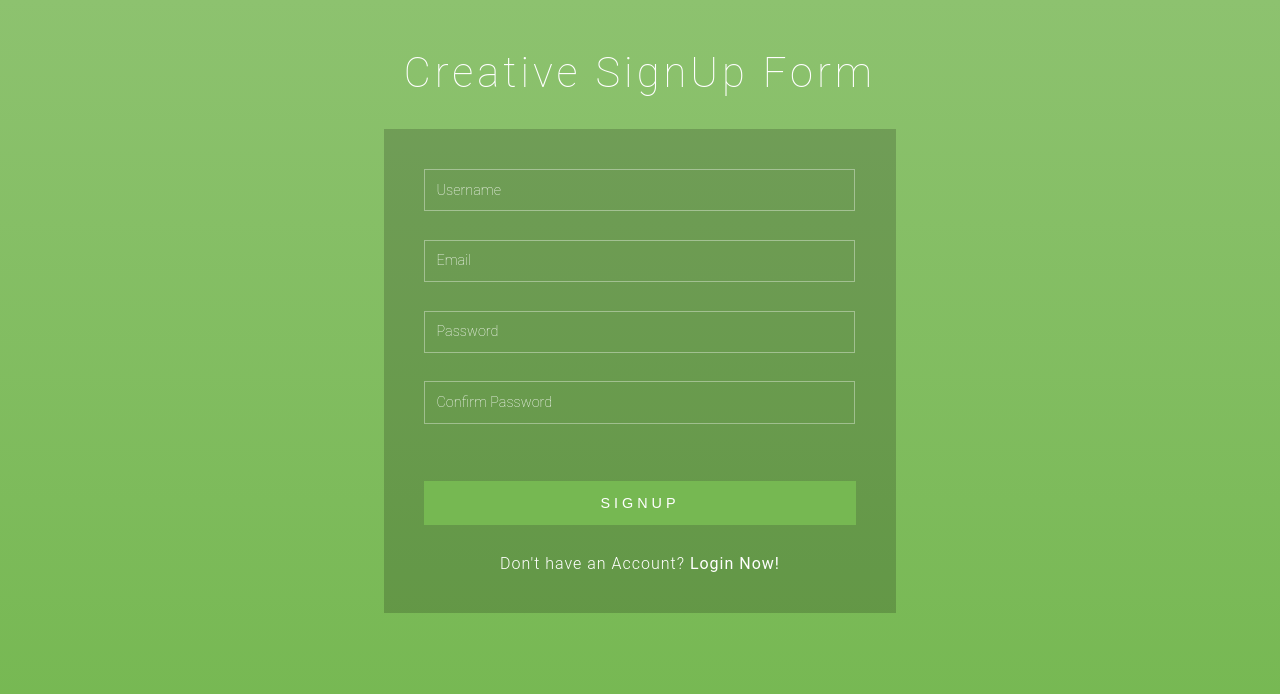
Repository: hosi04/BaiTapWeb
Page: http://localhost/BaiTapWeb_Login/views/register.jsp
The author's editor kept a copy of each file at every save. The page is drawn from the files as they stood at one save, then again after the next save.
The browser window is 1280 px wide. The pictures show the whole page.
The page is served by Tomcat 9. Other server files are loaded and not shown.

Above is the page before, as saved 2024-09-07 14:50:47.

### BaiTapWeb_Login/src/main/webapp/views/register.jsp
<%@ page language="java" contentType="text/html; charset=UTF-8"
    pageEncoding="UTF-8"%>
<!DOCTYPE html>
<html>
<head>
<meta charset="UTF-8">
<title>Insert title here</title>

<%
String url = request.getScheme() + "://" + request.getServerName() + ":" + request.getServerPort()
			+ request.getContextPath();
%>

<link href="<%=url %>/css/style.css" rel="stylesheet" type="text/css" media="all"/>
<link rel="stylesheet" href="<%=url %>fonts/material-design-iconic-font/css/material-design-iconic-font.min.css">


</head>
<body>
		<!-- main -->
	<div class="main-w3layouts wrapper">
		<h1>Creative SignUp Form</h1>
		<div class="main-agileinfo">
			<div class="agileits-top">
				<form action="#" method="post">
					<input class="text" type="text" name="Username" placeholder="Username" required="">
					<input class="text email" type="email" name="email" placeholder="Email" required="">
					<input class="text" type="password" name="password" placeholder="Password" required="">
					<input class="text w3lpass" type="password" name="password" placeholder="Confirm Password" required="">
					<input type="submit" value="SIGNUP">
				</form>
				<p>Don't have an Account? <a href="#"> Login Now!</a></p>
			</div>
		</div>
	</div>
	<!-- //main -->
</body>
</html>

### BaiTapWeb_Login/src/main/webapp/css/style.css
/*--
Author: Colorlib
Author URL: https://colorlib.com
License: Creative Commons Attribution 3.0 Unported
License URL: http://creativecommons.org/licenses/by/3.0/
--*/
/*-- reset --*/
html, body, div, span, applet, object, iframe, h1, h2, h3, h4, h5, h6, p, blockquote, pre, a, abbr, acronym, address, big, cite, code, del, dfn, em, img, ins, kbd, q, s, samp, small, strike, strong, sub, sup, tt, var, b, u, i, dl, dt, dd, ol, nav ul, nav li, fieldset, form, label, legend, table, caption, tbody, tfoot, thead, tr, th, td, article, aside, canvas, details, embed, figure, figcaption, footer, header, hgroup, menu, nav, output, ruby, section, summary, time, mark, audio, video {
  margin: 0;
  padding: 0;
  border: 0;
  font-size: 100%;
  font: inherit;
  vertical-align: baseline;
}

article, aside, details, figcaption, figure, footer, header, hgroup, menu, nav, section {
  display: block;
}

ol, ul {
  list-style: none;
  margin: 0px;
  padding: 0px;
}

blockquote, q {
  quotes: none;
}

blockquote:before, blockquote:after, q:before, q:after {
  content: '';
  content: none;
}

table {
  border-collapse: collapse;
  border-spacing: 0;
}

/*-- start editing from here --*/
a {
  text-decoration: none;
}

.txt-rt {
  text-align: right;
}

/* text align right */
.txt-lt {
  text-align: left;
}

/* text align left */
.txt-center {
  text-align: center;
}

/* text align center */
.float-rt {
  float: right;
}

/* float right */
.float-lt {
  float: left;
}

/* float left */
.clear {
  clear: both;
}

/* clear float */
.pos-relative {
  position: relative;
}

/* Position Relative */
.pos-absolute {
  position: absolute;
}

/* Position Absolute */
.vertical-base {
  vertical-align: baseline;
}

/* vertical align baseline */
.vertical-top {
  vertical-align: top;
}

/* vertical align top */
nav.vertical ul li {
  display: block;
}

/* vertical menu */
nav.horizontal ul li {
  display: inline-block;
}

/* horizontal menu */
img {
  max-width: 100%;
}

/*-- end reset --*/
body {
  background: #76b852;
  /* fallback for old browsers */
  background: -webkit-linear-gradient(to top, #76b852, #8DC26F);
  background: -moz-linear-gradient(to top, #76b852, #8DC26F);
  background: -o-linear-gradient(to top, #76b852, #8DC26F);
  background: linear-gradient(to top, #76b852, #8DC26F);
  background-size: cover;
  background-attachment: fixed;
  font-family: 'Roboto', sans-serif;
}

h1 {
  font-size: 3em;
  text-align: center;
  color: #fff;
  font-weight: 100;
  text-transform: capitalize;
  letter-spacing: 4px;
  font-family: 'Roboto', sans-serif;
}

/*-- main --*/
.main-w3layouts {
  padding: 3em 0 1em;
}

.main-agileinfo {
  width: 35%;
  margin: 3em auto;
  background: rgba(0, 0, 0, 0.18);
  background-size: cover;
}

.agileits-top {
  padding: 3em;
}

input[type="text"], input[type="email"], input[type="password"] {
  font-size: 0.9em;
  color: #fff;
  font-weight: 100;
  width: 94.5%;
  display: block;
  border: none;
  padding: 0.8em;
  border: solid 1px rgba(255, 255, 255, 0.37);
  -webkit-transition: all 0.3s cubic-bezier(0.64, 0.09, 0.08, 1);
  transition: all 0.3s cubic-bezier(0.64, 0.09, 0.08, 1);
  background: -webkit-linear-gradient(top, rgba(255, 255, 255, 0) 96%, #fff 4%);
  background: linear-gradient(to bottom, rgba(255, 255, 255, 0) 96%, #fff 4%);
  background-position: -800px 0;
  background-size: 100%;
  background-repeat: no-repeat;
  color: #fff;
  font-family: 'Roboto', sans-serif;
}

input.email, input.text.w3lpass {
  margin: 2em 0;
}

.text:focus, .text:valid {
  box-shadow: none;
  outline: none;
  background-position: 0 0;
}

.text:focus::-webkit-input-placeholder, .text:valid::-webkit-input-placeholder {
  color: rgba(255, 255, 255, 0.7);
  font-size: .9em;
  -webkit-transform: translateY(-30px);
  -moz-transform: translateY(-30px);
  -o-transform: translateY(-30px);
  -ms-transform: translateY(-30px);
  transform: translateY(-30px);
  visibility: visible !important;
}

::-webkit-input-placeholder {
  color: #fff;
  font-weight: 100;
}

:-moz-placeholder {
  /* Firefox 18- */
  color: #fff;
}

::-moz-placeholder {
  /* Firefox 19+ */
  color: #fff;
}

:-ms-input-placeholder {
  color: #fff;
}

input[type="submit"] {
  font-size: .9em;
  color: #fff;
  background: #76b852;
  outline: none;
  border: 1px solid #76b852;
  cursor: pointer;
  padding: 0.9em;
  -webkit-appearance: none;
  width: 100%;
  margin: 2em 0;
  letter-spacing: 4px;
}

input[type="submit"]:hover {
  -webkit-transition: .5s all;
  -moz-transition: .5s all;
  -o-transition: .5s all;
  -ms-transition: .5s all;
  transition: .5s all;
  background: #8DC26F;
}

.agileits-top p {
  font-size: 1em;
  color: #fff;
  text-align: center;
  letter-spacing: 1px;
  font-weight: 300;
}

.agileits-top p a {
  color: #fff;
  -webkit-transition: .5s all;
  -moz-transition: .5s all;
  transition: .5s all;
  font-weight: 400;
}

.agileits-top p a:hover {
  color: #76b852;
}

/*-- //main --*/
/*-- checkbox --*/
.wthree-text label {
  font-size: 0.9em;
  color: #fff;
  font-weight: 200;
  cursor: pointer;
  position: relative;
}

input.checkbox {
  background: #8DC26F;
  cursor: pointer;
  width: 1.2em;
  height: 1.2em;
}

input.checkbox:before {
  content: "";
  position: absolute;
  width: 1.2em;
  height: 1.2em;
  background: inherit;
  cursor: pointer;
}

input.checkbox:after {
  content: "";
  position: absolute;
  top: 0px;
  left: 0;
  z-index: 1;
  width: 1.2em;
  height: 1.2em;
  border: 1px solid #fff;
  -webkit-transition: .4s ease-in-out;
  -moz-transition: .4s ease-in-out;
  -o-transition: .4s ease-in-out;
  transition: .4s ease-in-out;
}

input.checkbox:checked:after {
  -webkit-transform: rotate(-45deg);
  -moz-transform: rotate(-45deg);
  -o-transform: rotate(-45deg);
  -ms-transform: rotate(-45deg);
  transform: rotate(-45deg);
  height: .5rem;
  border-color: #fff;
  border-top-color: transparent;
  border-right-color: transparent;
}

.anim input.checkbox:checked:after {
  -webkit-transform: rotate(-45deg);
  -moz-transform: rotate(-45deg);
  -o-transform: rotate(-45deg);
  -ms-transform: rotate(-45deg);
  transform: rotate(-45deg);
  height: .5rem;
  border-color: transparent;
  border-right-color: transparent;
  animation: .4s rippling .4s ease;
  animation-fill-mode: forwards;
}

@keyframes rippling {
  50% {
    border-left-color: #fff;
  }

  100% {
    border-bottom-color: #fff;
    border-left-color: #fff;
  }
}

/*-- //checkbox --*/
/*-- copyright --*/
.colorlibcopy-agile {
  margin: 2em 0 1em;
  text-align: center;
}

.colorlibcopy-agile p {
  font-size: .9em;
  color: #fff;
  line-height: 1.8em;
  letter-spacing: 1px;
  font-weight: 100;
}

.colorlibcopy-agile p a {
  color: #fff;
  transition: 0.5s all;
  -webkit-transition: 0.5s all;
  -moz-transition: 0.5s all;
  -o-transition: 0.5s all;
  -ms-transition: 0.5s all;
}

.colorlibcopy-agile p a:hover {
  color: #000;
}

/*-- //copyright --*/
.wrapper {
  position: relative;
  overflow: hidden;
}

.colorlib-bubbles {
  position: absolute;
  top: 0;
  left: 0;
  width: 100%;
  height: 100%;
  z-index: -1;
}

.colorlib-bubbles li {
  position: absolute;
  list-style: none;
  display: block;
  width: 40px;
  height: 40px;
  background-color: rgba(255, 255, 255, 0.15);
  bottom: -160px;
  -webkit-animation: square 20s infinite;
  -moz-animation: square 250s infinite;
  -o-animation: square 20s infinite;
  -ms-animation: square 20s infinite;
  animation: square 20s infinite;
  -webkit-transition-timing-function: linear;
  -moz-transition-timing-function: linear;
  -o-transition-timing-function: linear;
  -ms-transition-timing-function: linear;
  transition-timing-function: linear;
  -webkit-border-radius: 50%;
  -moz-border-radius: 50%;
  -o-border-radius: 50%;
  -ms-border-radius: 50%;
  border-radius: 50%;
}

.colorlib-bubbles li:nth-child(1) {
  left: 10%;
}

.colorlib-bubbles li:nth-child(2) {
  left: 20%;
  width: 80px;
  height: 80px;
  -webkit-animation-delay: 2s;
  -moz-animation-delay: 2s;
  -o-animation-delay: 2s;
  -ms-animation-delay: 2s;
  animation-delay: 2s;
  -webkit-animation-duration: 17s;
  -moz-animation-duration: 17s;
  -o-animation-duration: 17s;
  animation-duration: 17s;
}

.colorlib-bubbles li:nth-child(3) {
  left: 25%;
  -webkit-animation-delay: 4s;
  -moz-animation-delay: 4s;
  -o-animation-delay: 4s;
  -ms-animation-delay: 4s;
  animation-delay: 4s;
}

.colorlib-bubbles li:nth-child(4) {
  left: 40%;
  width: 60px;
  height: 60px;
  -webkit-animation-duration: 22s;
  -moz-animation-duration: 22s;
  -o-animation-duration: 22s;
  -ms-animation-duration: 22s;
  animation-duration: 22s;
  background-color: rgba(255, 255, 255, 0.25);
}

.colorlib-bubbles li:nth-child(5) {
  left: 70%;
}

.colorlib-bubbles li:nth-child(6) {
  left: 80%;
  width: 120px;
  height: 120px;
  -webkit-animation-delay: 3s;
  -moz-animation-delay: 3s;
  -o-animation-delay: 3s;
  -ms-animation-delay: 3s;
  animation-delay: 3s;
  background-color: rgba(255, 255, 255, 0.2);
}

.colorlib-bubbles li:nth-child(7) {
  left: 32%;
  width: 160px;
  height: 160px;
  -webkit-animation-delay: 7s;
  -moz-animation-delay: 7s;
  -o-animation-delay: 7s;
  -ms-animation-delay: 7s;
  animation-delay: 7s;
}

.colorlib-bubbles li:nth-child(8) {
  left: 55%;
  width: 20px;
  height: 20px;
  -webkit-animation-delay: 15s;
  -moz-animation-delay: 15s;
  animation-delay: 15s;
  -webkit-animation-duration: 40s;
  -moz-animation-duration: 40s;
  animation-duration: 40s;
}

.colorlib-bubbles li:nth-child(9) {
  left: 25%;
  width: 10px;
  height: 10px;
  -webkit-animation-delay: 2s;
  animation-delay: 2s;
  -webkit-animation-duration: 40s;
  animation-duration: 40s;
  background-color: rgba(255, 255, 255, 0.3);
}

.colorlib-bubbles li:nth-child(10) {
  left: 90%;
  width: 160px;
  height: 160px;
  -webkit-animation-delay: 11s;
  animation-delay: 11s;
}

@-webkit-keyframes square {
  0% {
    -webkit-transform: translateY(0);
    -moz-transform: translateY(0);
    -o-transform: translateY(0);
    -ms-transform: translateY(0);
    transform: translateY(0);
  }

  100% {
    -webkit-transform: translateY(-700px) rotate(600deg);
    -moz-transform: translateY(-700px) rotate(600deg);
    -o-transform: translateY(-700px) rotate(600deg);
    -ms-transform: translateY(-700px) rotate(600deg);
    transform: translateY(-700px) rotate(600deg);
  }
}

@keyframes square {
  0% {
    -webkit-transform: translateY(0);
    -moz-transform: translateY(0);
    -o-transform: translateY(0);
    -ms-transform: translateY(0);
    transform: translateY(0);
  }

  100% {
    -webkit-transform: translateY(-700px) rotate(600deg);
    -moz-transform: translateY(-700px) rotate(600deg);
    -o-transform: translateY(-700px) rotate(600deg);
    -ms-transform: translateY(-700px) rotate(600deg);
    transform: translateY(-700px) rotate(600deg);
  }
}

/*-- responsive-design --*/
@media(max-width:1440px) {
  input[type="text"], input[type="email"], input[type="password"] {
    width: 94%;
  }
}

@media(max-width:1366px) {
  h1 {
    font-size: 2.6em;
  }

  .agileits-top {
    padding: 2.5em;
  }

  .main-agileinfo {
    margin: 2em auto;
  }

  .main-agileinfo {
    width: 36%;
  }
}

@media(max-width:1280px) {
  .main-agileinfo {
    width: 40%;
  }
}

@media(max-width:1080px) {
  .main-agileinfo {
    width: 46%;
  }
}

@media(max-width:1024px) {
  .main-agileinfo {
    width: 49%;
  }
}

@media(max-width:991px) {
  h1 {
    font-size: 2.4em;
  }

  .main-w3layouts {
    padding: 2em 0 1em;
  }
}

@media(max-width:900px) {
  .main-agileinfo {
    width: 58%;
  }

  input[type="text"], input[type="email"], input[type="password"] {
    width: 93%;
  }
}

@media(max-width:800px) {
  h1 {
    font-size: 2.2em;
  }
}

@media(max-width:736px) {
  .main-agileinfo {
    width: 62%;
  }
}

@media(max-width:667px) {
  .main-agileinfo {
    width: 67%;
  }
}

@media(max-width:600px) {
  .agileits-top {
    padding: 2.2em;
  }

  input.email, input.text.w3lpass {
    margin: 1.5em 0;
  }

  input[type="submit"] {
    margin: 2em 0;
  }

  h1 {
    font-size: 2em;
    letter-spacing: 3px;
  }
}

@media(max-width:568px) {
  .main-agileinfo {
    width: 75%;
  }

  .colorlibcopy-agile p {
    padding: 0 2em;
  }
}

@media(max-width:480px) {
  h1 {
    font-size: 1.8em;
    letter-spacing: 3px;
  }

  .agileits-top {
    padding: 1.8em;
  }

  input[type="text"], input[type="email"], input[type="password"] {
    width: 91%;
  }

  .agileits-top p {
    font-size: 0.9em;
  }
}

@media(max-width:414px) {
  h1 {
    font-size: 1.8em;
    letter-spacing: 2px;
  }

  .main-agileinfo {
    width: 85%;
    margin: 1.5em auto;
  }

  .text:focus, .text:valid {
    background-position: 0 0px;
  }

  .wthree-text ul li, .wthree-text ul li:nth-child(2) {
    display: block;
    float: none;
  }

  .wthree-text ul li:nth-child(2) {
    margin-top: 1.5em;
  }

  input[type="submit"] {
    margin: 2em 0 1.5em;
    letter-spacing: 3px;
  }

  input[type="submit"] {
    margin: 2em 0 1.5em;
  }

  .colorlibcopy-agile {
    margin: 1em 0 1em;
  }
}

@media(max-width:384px) {
  .main-agileinfo {
    width: 88%;
  }

  .colorlibcopy-agile p {
    padding: 0 1em;
  }
}

@media(max-width:375px) {
  .agileits-top p {
    letter-spacing: 0px;
  }
}

@media(max-width:320px) {
  .main-w3layouts {
    padding: 1.5em 0 0;
  }

  .agileits-top {
    padding: 1.2em;
  }

  .colorlibcopy-agile {
    margin: 0 0 1em;
  }

  input[type="text"], input[type="email"], input[type="password"] {
    width: 89.5%;
    font-size: 0.85em;
  }

  h1 {
    font-size: 1.7em;
    letter-spacing: 0px;
  }

  .main-agileinfo {
    width: 92%;
    margin: 1em auto;
  }

  .text:focus, .text:valid {
    background-position: 0 0px;
  }

  input[type="submit"] {
    margin: 1.5em 0;
    padding: 0.8em;
    font-size: .85em;
  }

  .colorlibcopy-agile p {
    font-size: .85em;
  }

  .wthree-text label {
    font-size: 0.85em;
  }

  .main-w3layouts {
    padding: 1em 0 0;
  }
}

After the next save:
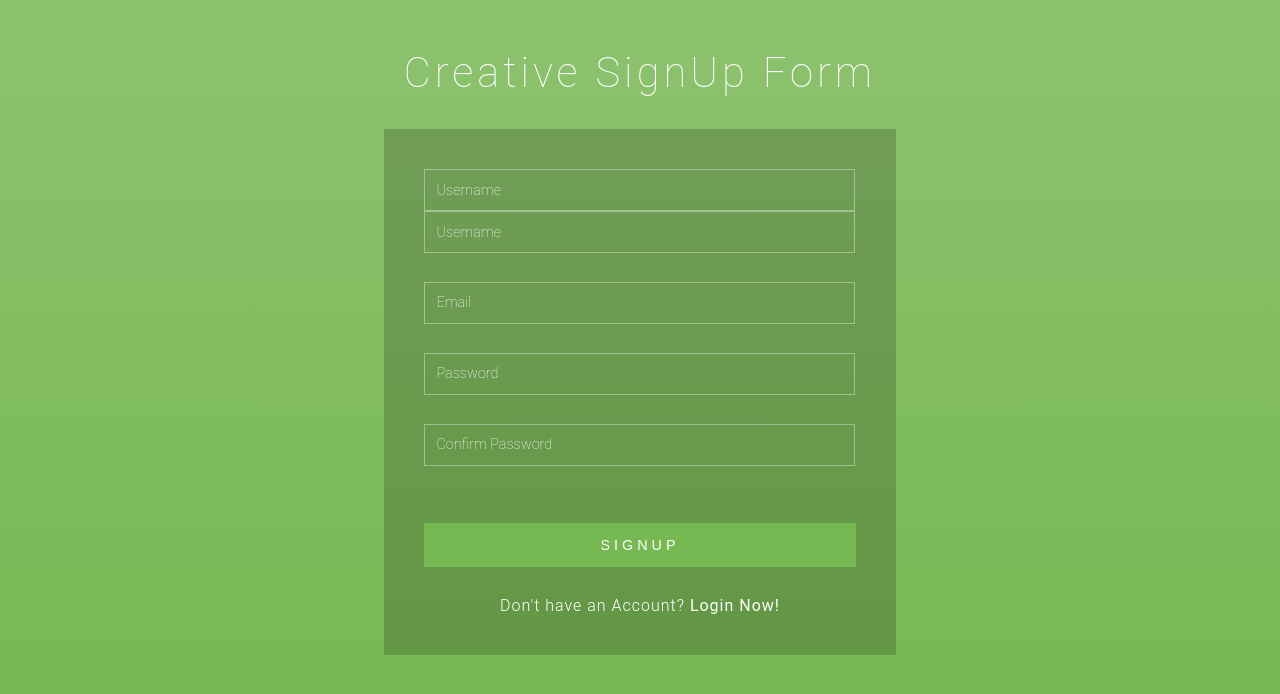
Saved 20 s later.
--- a/BaiTapWeb_Login/src/main/webapp/views/register.jsp
+++ b/BaiTapWeb_Login/src/main/webapp/views/register.jsp
@@ -24,6 +24,7 @@ String url = request.getScheme() + "://" + request.getServerName() + ":" + reque
 			<div class="agileits-top">
 				<form action="#" method="post">
 					<input class="text" type="text" name="Username" placeholder="Username" required="">
+					<input class="text" type="text" name="Username" placeholder="Username" required="">
 					<input class="text email" type="email" name="email" placeholder="Email" required="">
 					<input class="text" type="password" name="password" placeholder="Password" required="">
 					<input class="text w3lpass" type="password" name="password" placeholder="Confirm Password" required="">
